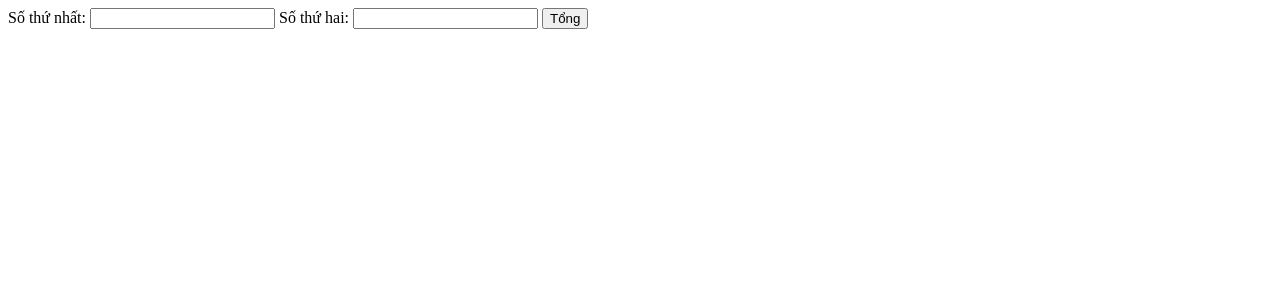
Repository: Pr-DuyTam/HTML-CSS-JS-PHP
Page: http://localhost/Bài 2 (Tính tổng)/TinhTong.php
An editor plug-in stored every save of this project. The page is shown before and after the next save, followed by the edit.
The browser window is 1280 px wide. The pictures show the whole page.
The page is run by PHP 8.4 with error messages shown; the project is at /var/www/html/.

Above is the page before, as saved 2023-09-02 10:18:05.

After the next save:
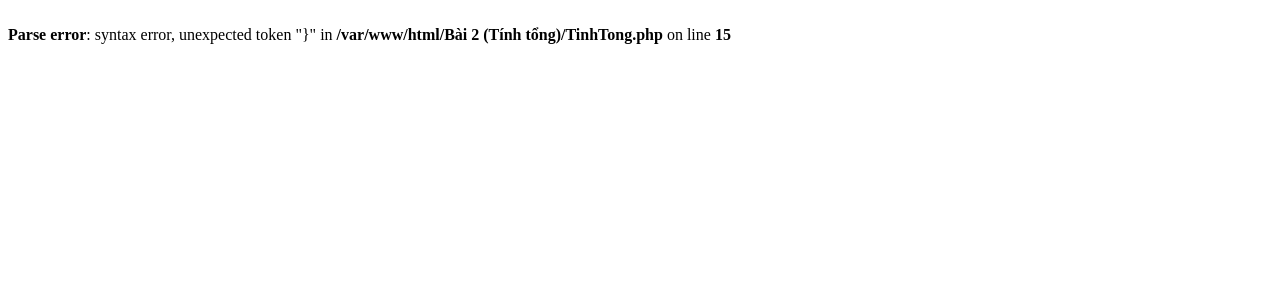
Saved 42 s later.
--- a/PHP/Bài tập PHP/Bài 2 (Tính tổng)/TinhTong.php
+++ b/PHP/Bài tập PHP/Bài 2 (Tính tổng)/TinhTong.php
@@ -11,6 +11,7 @@
         {
             $a = $_POST['txtSonhat'];
             $b = $_POST['txtSohai'];
+            if(is_numeric($a) && is_numeric($b))
         }
     ?>
     <form method="POST" action="TinhTong.php">

After the save that followed:
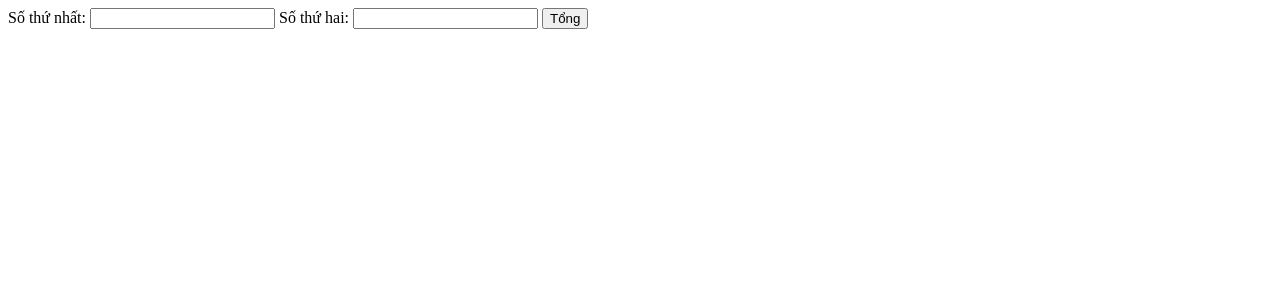
Saved 85 s later.
--- a/PHP/Bài tập PHP/Bài 2 (Tính tổng)/TinhTong.php
+++ b/PHP/Bài tập PHP/Bài 2 (Tính tổng)/TinhTong.php
@@ -11,7 +11,10 @@
         {
             $a = $_POST['txtSonhat'];
             $b = $_POST['txtSohai'];
-            if(is_numeric($a) && is_numeric($b))
+            if(is_numeric($a) && is_numeric($b)) //is_numeric(mixed $var): kiểm tra 1 biến có phải là số không
+            {
+
+            }
         }
     ?>
     <form method="POST" action="TinhTong.php">
